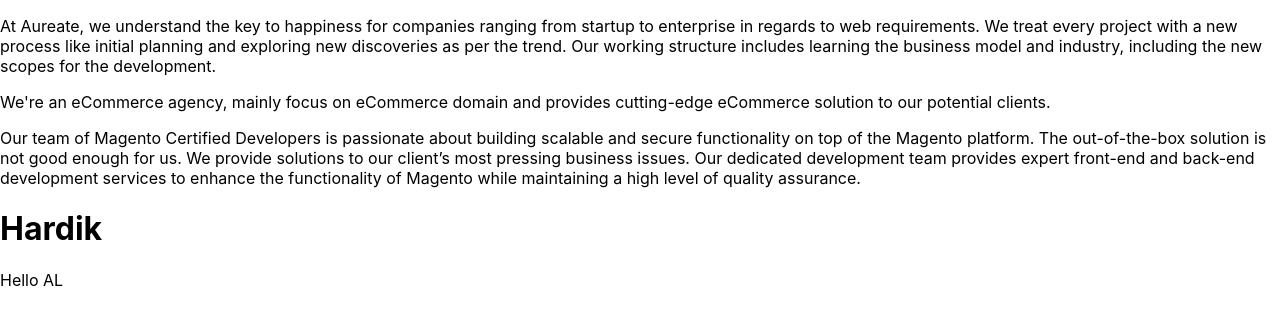
Repository: hardikaureate/React-Pages-Menu
Page: /#/contact
An editor plug-in stored every save of this project. The page is shown before and after the next save, followed by the edit.
The browser window is 1280 px wide. The pictures show the whole page.
The project was rebuilt for these pictures with package versions that can differ from the ones it lists, and the page was loaded fresh each time. Also part of the build but not shown: src/App.css, src/App.js.

Above is the page before, as saved 2020-10-09 12:31:54.

After the next save:
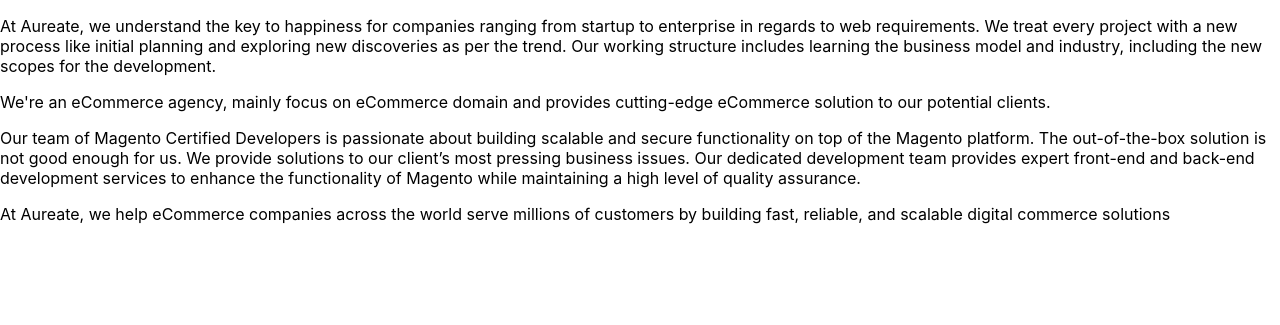
Saved 36 s later.
--- a/src/Main.js
+++ b/src/Main.js
@@ -1,6 +1,7 @@
 import React, { Component } from 'react'
 import ReactDom from 'react-dom';
 import About from './About';
+import Contact from './Contact';
 import Home from './Home';
 
 class Main extends Component {
@@ -9,8 +10,7 @@
                         <div>
                         <Home />
                         <About />
-                        <h1>Hardik</h1>
-                        <p>Hello AL</p>
+                        <Contact />
                         </div>
                 )
         }
